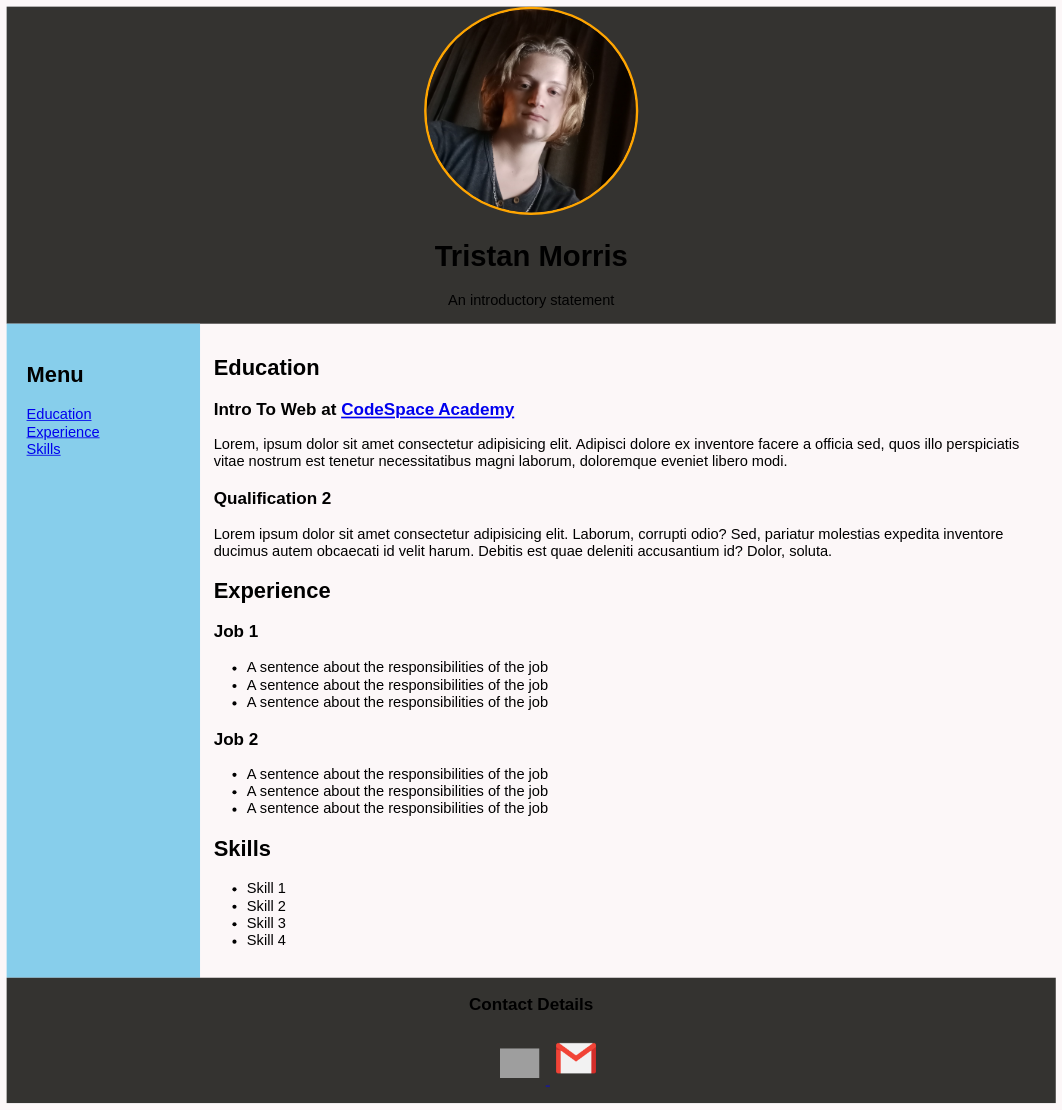
Repository: TristanKMorris/introToWebDesignAssignment
Page: resume1.html
The author's editor kept a copy of each file at every save. The page is drawn from the files as they stood at one save, then again after the next save.
The browser window is 1280 px wide. The pictures show the whole page, at 83% of full size.
Pictures or frames that could not be fetched are drawn as grey boxes.

Above is the page before, as saved 2022-06-02 20:55:03.

### resume1.html

<!DOCTYPE html>
<html
  <head>
    <title>My first web page</title>

    <link rel="stylesheet" type="text/css" href="css/stylesheet.css">

  </head>

  <body>

   <header id="heading">
        <img src="images/tristanPortrait.jpg" alt="Tristan Morris Portrait" id="profilePhoto"/>

      <h1>Tristan Morris</h1>
        <p>An introductory statement</p>

    </header>

    <main class="main">

      <div id="sidebar">

        <nav>

          <h2>Menu</h2>

           <ul class="navMenu">
              <li><a href="#education">Education</a></li>
              <li><a href="#experience">Experience</a></li>
              <li><a href="#skills">Skills</a></li>
            </ul>

        </nav>

      </div>

        <div class="content">

          <h2 id="education">Education</h2>

            <h3>Intro To Web at <a href="http://codespace.co.za/" target="_blank">CodeSpace Academy</a> </h3>

             <p>
               Lorem, ipsum dolor sit amet consectetur adipisicing elit. Adipisci dolore
               ex inventore facere a officia sed, quos illo perspiciatis vitae nostrum
               est tenetur necessitatibus magni laborum, doloremque eveniet libero modi.
             </p>

            <h3>Qualification 2</h3>

             <p>
                Lorem ipsum dolor sit amet consectetur adipisicing elit. Laborum, corrupti
                odio? Sed, pariatur molestias expedita inventore ducimus autem obcaecati
                id velit harum. Debitis est quae deleniti accusantium id? Dolor, soluta.
              </p>

          <h2 id="experience">Experience</h2>

            <h3>Job 1</h3>

            <ul>

              <li>A sentence about the responsibilities of the job</li>
              <li>A sentence about the responsibilities of the job</li>
              <li>A sentence about the responsibilities of the job</li>

            </ul>

            <h3>Job 2</h3>

            <ul>

              <li>A sentence about the responsibilities of the job</li>
              <li>A sentence about the responsibilities of the job</li>
              <li>A sentence about the responsibilities of the job</li>

            </ul>

          <h2 id="skills">Skills</h2>

            <ul>
              <li>Skill 1</li>
              <li>Skill 2</li>
              <li>Skill 3</li>
              <li>Skill 4</li>
            </ul>

        </div>

    </main>

    <footer>

      <h3>Contact Details</h3>
      <ul>
          <a href="http://www.instagram.com/tristan_k_morris" target="_blank">
           <img class="icons" src="images/instagramIcon.png" alt="Tristan Morris Instagram">

          </a>

          <a href="http://mail.google.com" target="_blank">
           <img class="icons" src="images/gmailIcon.png" alt="Tristan Morris Email">

          </a>

      </ul>

    </footer>


  </body>
</html>

### css/stylesheet.css
body{
  font-family: sans-serif;
  font-size:110%;
  background-color: #FCF7F8;
  display: flex;
  flex-direction: column;
}

.main{
  display: flex;
  flex-direction: row;
  overflow: unset;
}

#profilePhoto{
  width: 20%;
  height: 20%;
  border-radius: 50%;
  border: 3px solid orange;
}

header {
  text-align: center;
  justify-content: center;
}
#heading{
  font-family: sans-serif;
  font: size 110%;
  background-color: #343330;
}

footer {
  background-color: #343330;
  text-align: center;
}
#sidebar{
  width: 25%;
  background-color: skyblue;
  padding: 1.5rem;
  color: black;
}
.navMenu{
  list-style-type: none;
  padding: 0%;
}

.icons{
  width: 3rem;
  margin: 0.5rem;
  height: auto;
}

.content{
  width: auto;
  margin: 1rem;
  height: auto;
}

After the next save:
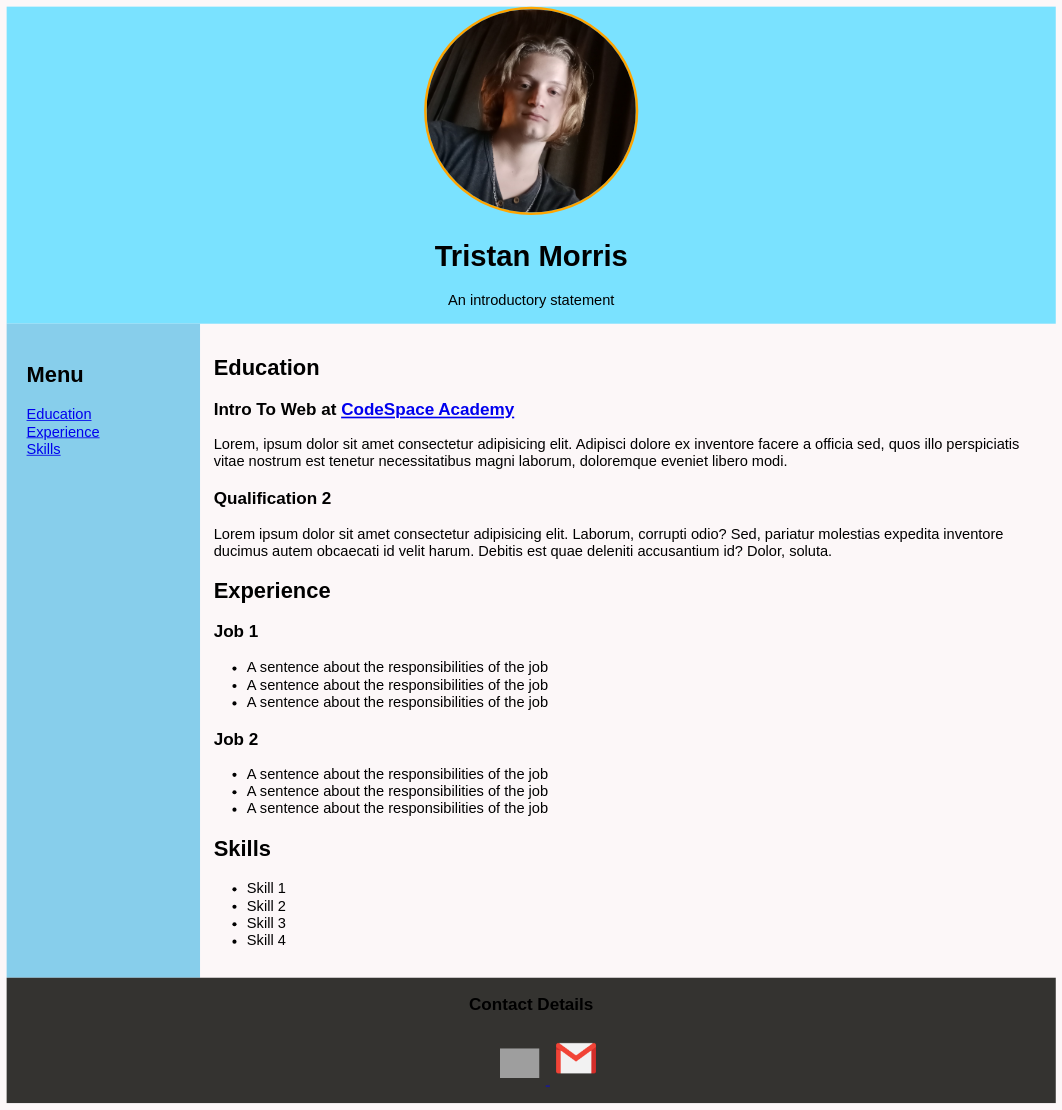
Saved 6 min 12 s later.
--- a/css/stylesheet.css
+++ b/css/stylesheet.css
@@ -26,7 +26,7 @@ header {
 #heading{
   font-family: sans-serif;
   font: size 110%;
-  background-color: #343330;
+  background-color: #7ae2ff;
 }
 
 footer {
